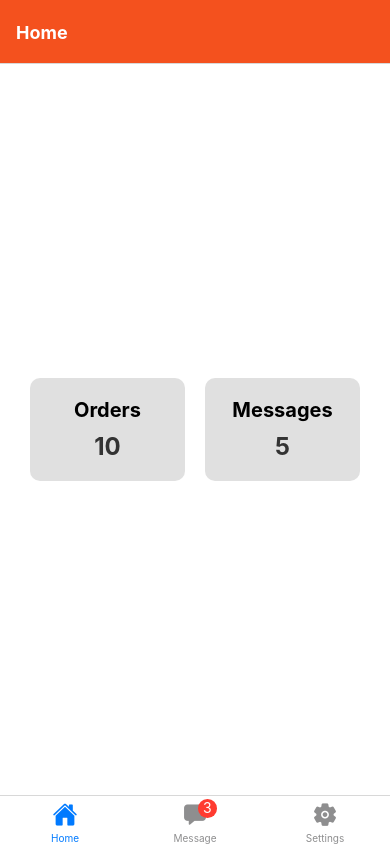
Repository: Waikato153/AwesomeProject
Screen: /
The author's editor kept a copy of each file at every save. The screen is drawn from the files as they stood at one save, then again after the next save.
The app was drawn by React Native's web renderer in a window 390 px wide. The project was rebuilt for these pictures with package versions that can differ from the ones it lists, and the page was loaded fresh each time.

Above is the screen before, as saved 2024-02-28 16:46:07.

### App.js
import * as React from 'react';
import { Text, View, StyleSheet} from 'react-native';
import { NavigationContainer } from '@react-navigation/native';
import { createBottomTabNavigator } from '@react-navigation/bottom-tabs';
import { Ionicons } from '@expo/vector-icons';

import HomeScreen from './screens/HomeScreen';

function SettingsScreen() {
  return (
    <View style={{ flex: 1, justifyContent: 'center', alignItems: 'center' }}>
      <Text>Settings!</Text>
    </View>
  );
}


const styles = StyleSheet.create({
  container: {
    flex: 1,
    justifyContent: 'center',
    backgroundColor: 'white',
    alignItems: 'center',
    padding: 8,
  },
  paragraph: {
    margin: 24,
    fontSize: 18,
    fontWeight: 'bold',
    textAlign: 'center',
  },
});

const Tab = createBottomTabNavigator();

function MyTabs() {
  return (

    <Tab.Navigator>
      <Tab.Screen
        name="Home"
        component={HomeScreen}
        options={{
          tabBarIcon: ({ color, size }) => (
            <Ionicons name="home" color={color} size={size} />
          ),
          headerStyle: {
            backgroundColor: '#f4511e',
          },
          headerTintColor: '#fff',
          headerTitleStyle: {
            fontWeight: 'bold',
          },
        }}
      />
      <Tab.Screen
        name="Message"
        component={SettingsScreen}
        options={{
          tabBarIcon: ({ color, size }) => (
            <Ionicons name="chatbox" color={color} size={size} />
          ),
          tabBarBadge: 3
        }}
      />
      <Tab.Screen
        name="Settings"
        component={SettingsScreen}
        options={{
          tabBarIcon: ({ color, size }) => (
            <Ionicons name="settings" color={color} size={size} />
          ),
        }}
      />
    </Tab.Navigator>


  );
}

export default function App() {
  return (
    <NavigationContainer>
      <MyTabs />
    </NavigationContainer>
  );
}

### screens/HomeScreen.js
import React from 'react';
import { View, Text, StyleSheet } from 'react-native';

const HomeScreen = () => {
  return (
    <View style={styles.container}>
      <View style={styles.block}>
        <Text style={styles.title}>Orders</Text>
        <Text style={styles.count}>10</Text>
      </View>
      <View style={styles.block}>
        <Text style={styles.title}>Messages</Text>
        <Text style={styles.count}>5</Text>
      </View>
    </View>
  );
};



const styles = StyleSheet.create({
  container: {
    flex: 1,
    flexDirection: 'row',
    justifyContent: 'space-around',
    alignItems: 'center',
    backgroundColor: '#ffffff',
    padding: 20,
  },
  block: {
    flex: 1,
    justifyContent: 'center',
    alignItems: 'center',
    backgroundColor: '#e0e0e0',
    borderRadius: 10,
    padding: 20,
    margin: 10,
  },
  title: {
    fontSize: 20,
    fontWeight: 'bold',
    marginBottom: 10,
  },
  count: {
    fontSize: 24,
    fontWeight: 'bold',
    color: '#333333',
  },
});



export default HomeScreen;

After the next save:
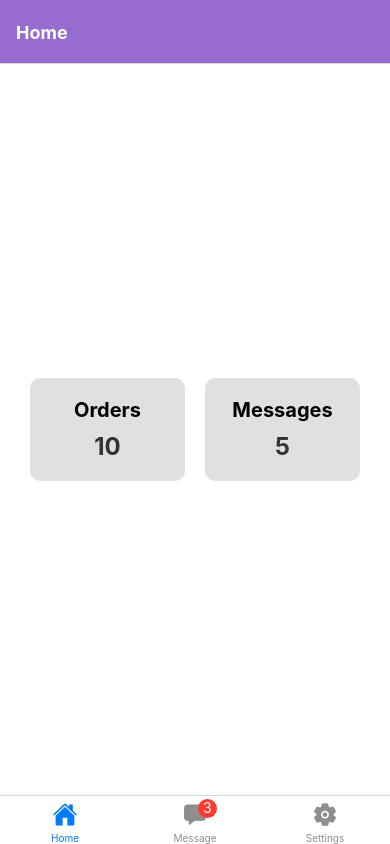
Saved 47 s later.
--- a/App.js
+++ b/App.js
@@ -45,7 +45,7 @@ function MyTabs() {
             <Ionicons name="home" color={color} size={size} />
           ),
           headerStyle: {
-            backgroundColor: '#f4511e',
+            backgroundColor: '#966ccf',
           },
           headerTintColor: '#fff',
           headerTitleStyle: {
